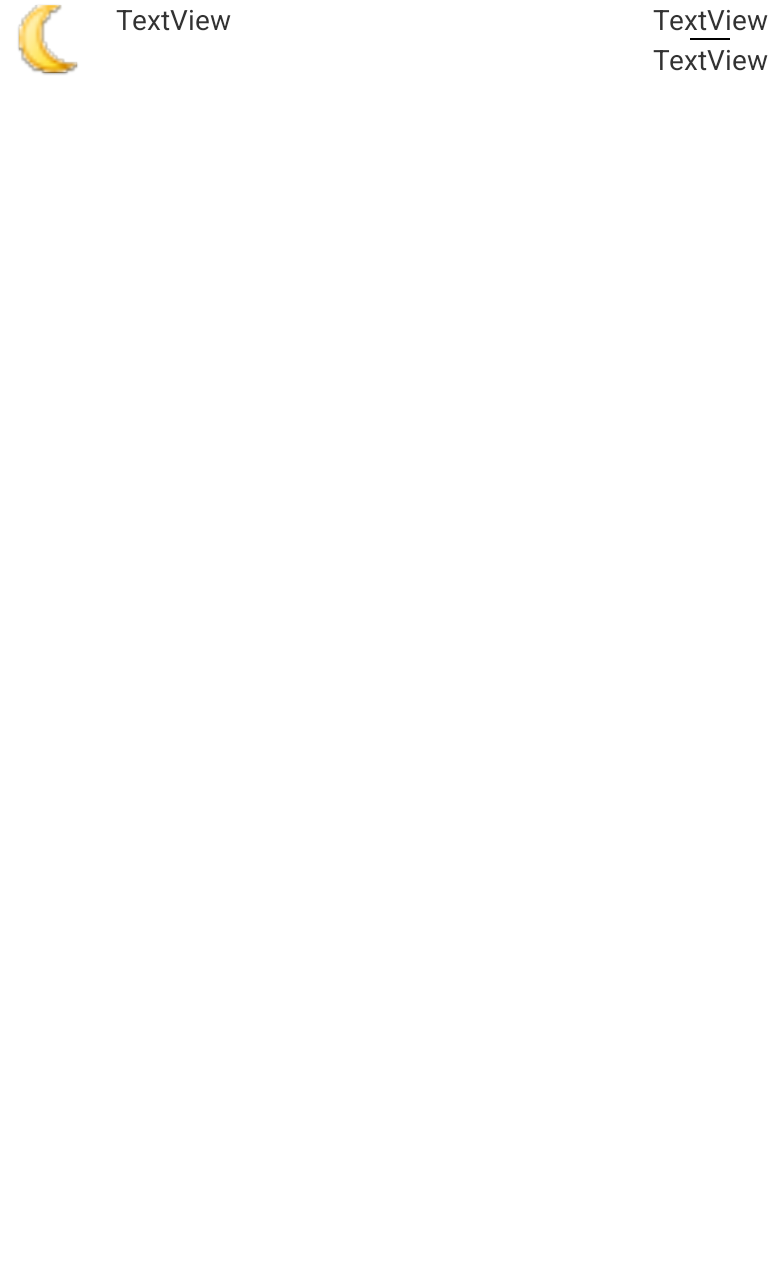
Repository: AndroidTNTU-3/WeatherStation2
Layout: WStation/res/layout/rowlayout.xml
The author's editor kept a copy of each file at every save. The layout is drawn from the files as they stood at one save, then again after the next save.
It is drawn on a 768 x 1280 px phone screen (xhdpi) without system bars, with theme AppTheme; the app's code is not run.

Above is the layout before, as saved 2014-04-24 13:19:23.

After the next save:
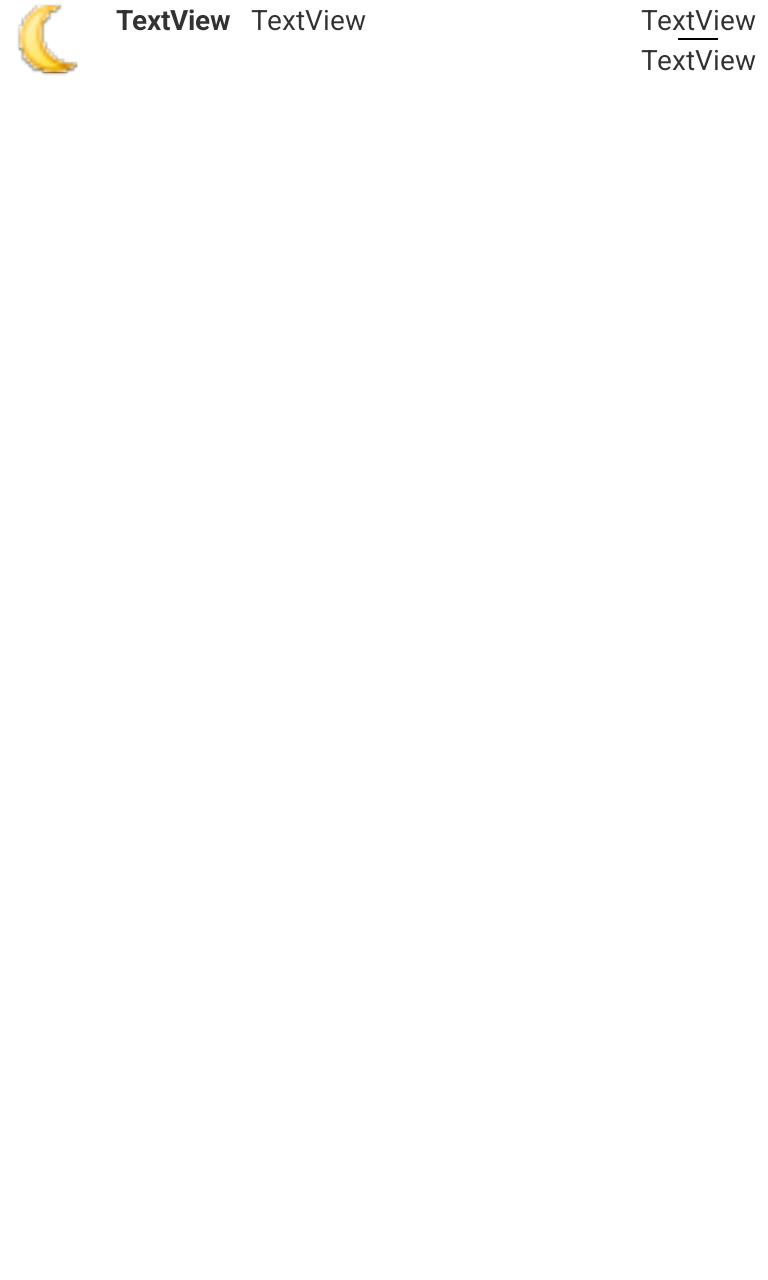
Saved 7 min 46 s later.
--- a/WStation/res/layout/rowlayout.xml
+++ b/WStation/res/layout/rowlayout.xml
@@ -8,10 +8,10 @@
         android:id="@+id/linearLayout1"
         android:layout_width="wrap_content"
         android:layout_height="wrap_content"
+        android:layout_alignParentRight="true"
         android:gravity="center_horizontal"
-        android:layout_alignParentRight="true"
         android:orientation="vertical"
-        android:paddingLeft="6dp" >
+        android:paddingRight="6dp" >
 
         <TextView
             android:id="@+id/textTmin"
@@ -43,11 +43,12 @@
         android:layout_width="wrap_content"
         android:layout_height="wrap_content"
         android:layout_alignBottom="@+id/linearLayout1"
+        android:layout_alignParentLeft="true"
         android:layout_centerVertical="true"
-        android:layout_alignParentLeft="true"
         android:src="@drawable/_0_moon" />
 
     <LinearLayout
+        android:id="@+id/linearLayout2"
         android:layout_width="wrap_content"
         android:layout_height="wrap_content"
         android:layout_alignParentTop="true"
@@ -59,8 +60,17 @@
             android:id="@+id/textDate"
             android:layout_width="wrap_content"
             android:layout_height="wrap_content"
+            android:textStyle="bold"
             android:text="TextView" />
-
     </LinearLayout>
 
+    <TextView
+        android:id="@+id/textHour"
+        android:layout_width="wrap_content"
+        android:layout_height="wrap_content"
+        android:layout_alignParentTop="true"
+        android:layout_marginLeft="10dp"
+        android:layout_toRightOf="@+id/linearLayout2"
+        android:text="TextView" />
+
 </RelativeLayout>
